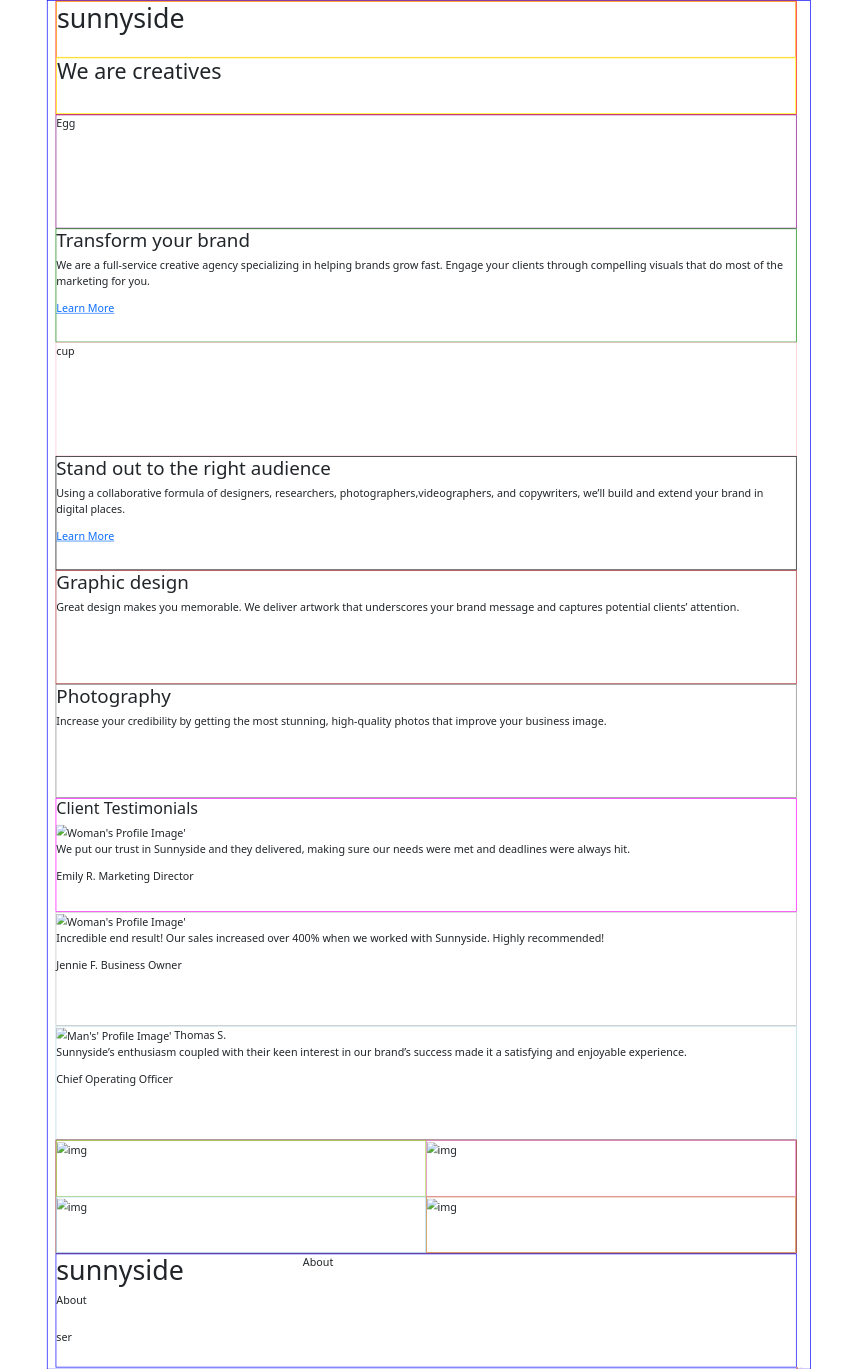
Repository: Roshanell/Sunny-Side-Agency
Page: index.html
The author's editor kept a copy of each file at every save. The page is drawn from the files as they stood at one save, then again after a run of saves.
The browser window is 1280 px wide. The pictures show the whole page, at 67% of full size.

Above is the page before, as saved 2022-07-01 12:42:46.

### index.html
<!doctype html>
<html lang="en">

  <head>
    <meta charset="utf-8">
    <meta name="viewport" content="width=device-width, initial-scale=1">
    <title>Sunny Side Agency</title>
    <link href="https://cdn.jsdelivr.net/npm/bootstrap@5.2.0-beta1/dist/css/bootstrap.min.css" rel="stylesheet"
      integrity="sha384-0evHe/X+R7YkIZDRvuzKMRqM+OrBnVFBL6DOitfPri4tjfHxaWutUpFmBp4vmVor" crossorigin="anonymous">
    <link href="https://fonts.googleapis.com/icon?family=Material+Icons" rel="stylesheet">
    <link rel="stylesheet" href="css/style.css">
  </head>

  <body>
    <div class="container">
      <div class="homePage">
        <div class="header">
          <h1>sunnyside</h1>
        </div>
        <div class="homeContent">
          <h2>We are creatives</h2>
        </div>
      </div>

      <div class="eggArea">
        <p>Egg</p>
      </div>

      <div class="aboutUsInfo">
        <h3>
          Transform your brand
        </h3>
        <p>We are a full-service creative agency specializing in helping brands grow fast. Engage your clients through
          compelling visuals that do most of the marketing for you. </p>
        <span><a href="#">Learn More</a></span>
      </div>

      <div class="cupImage">
        <p>cup</p>
      </div>

      <div class="standOutInfo">
        <h3>Stand out to the right audience</h3>
        <p> Using a collaborative formula of designers, researchers,
          photographers,videographers, and copywriters, we’ll build and extend your brand in digital places. </p>

        <span><a href="#">Learn More</a></span>
      </div>
      <div class="graphicDesign">
        <h3> Graphic design</h3>
        <p>
          Great design makes you memorable. We deliver artwork that underscores your brand message and captures
          potential clients’ attention.
          <!-- background img with words overlay -->
        </p>
      </div>
      <div class="orangeImage">
        <h3>Photography</h3>
        <p> Increase your credibility by getting the most stunning, high-quality photos that improve your business
          image. </p>
        <!-- background img with words overlay -->
      </div>
      <div class="testimonialOne">
        <h4>Client Testimonials</h4>
        <img src="#" alt="Woman's Profile Image'">
        <p>We put our trust in Sunnyside and they delivered, making sure our needs were met and deadlines were always
          hit.</p>
        <span>Emily R.</span>
        <span>Marketing Director</span>
      </div>
      <div class="testimonialThree">
        <img src="#" alt="Man's' Profile Image'">
        <span>Thomas S.</span>
        <p>Sunnyside’s enthusiasm coupled with their keen interest in our brand’s success made it a satisfying and
          enjoyable experience.</p>
        <span>Chief Operating Officer</span>
      </div>
      <div class="testimonialTwo">
        <img src="#" alt="Woman's Profile Image'">
        <p>Incredible end result! Our sales increased over 400% when we worked with Sunnyside. Highly recommended!</p>
        <span>Jennie F.</span>
        <span>Business Owner</span>
      </div>
      <div class="fourImgs">
        <div class="imgOne">
          <img src="#" alt="img">
        </div>
        <div class="imgTwo">
          <img src="#" alt="img">
        </div>
        <div class="imgThree">
          <img src="#" alt="img">
        </div>
        <div class="imgFour">
          <img src="#" alt="img">
        </div>
      </div>

      <div class="footer">
        <h1>sunnyside</h1>
        <span>About</span>
        <span>ser</span>
        <span>About</span>
      </div>
      <div class="logo">
        <div class="fbIcon"></div>
        <div class="twiterIcon"></div>
        <div class="igIcon"></div>
        <div class="pinterest"></div>
      </div>
    </div>




    <!-- Home
Profile
About
Contacts
  -->




    <script src="https://cdn.jsdelivr.net/npm/bootstrap@5.2.0-beta1/dist/js/bootstrap.bundle.min.js"
      integrity="sha384-pprn3073KE6tl6bjs2QrFaJGz5/SUsLqktiwsUTF55Jfv3qYSDhgCecCxMW52nD2" crossorigin="anonymous"
      type="text/javascript" src="js/main.js">


      </script>

  </body>

</html>

### css/style.css
/* Box Model Hack */
* {
  -moz-box-sizing: border-box;
}

/* Clear fix hack */
.clearfix:after {
  content: ".";
  display: block;
  clear: both;
  visibility: hidden;
  line-height: 0;
  height: 0;
}

.clear {
  clear: both;
}

/******************************************
/* BASE STYLES
/*******************************************/

body {
}

/******************************************
/* LAYOUT
/*******************************************/
.container {
  border: solid 1px blue;
  display: grid;
  grid-template-columns: 1fr;
  grid-template-rows: 1fr 1fr 1fr 1fr 1fr 1fr 1fr 1fr 1fr 1fr 1fr 1fr;
  gap: 0px 0px;
  grid-auto-flow: column dense;
  grid-template-areas:
    "homePage"
    "eggArea"
    "aboutUsInfo"
    "cupImage"
    "standOutInfo"
    "graphicDesign"
    "orangeImage"
    "testimonialOne"
    "testimonialTwo"
    "testimonialThree"
    "fourImgs"
    "footer";
}

.homePage {
  border: solid 1px red;
  display: grid;
  grid-template-columns: 1fr;
  grid-template-rows: 1fr 1fr;
  gap: 0px 0px;
  grid-auto-flow: row;
  grid-template-areas:
    "header"
    "homeContent";
  grid-area: homePage;
}

.header {
  border: solid 1px orange;
  grid-area: header;
}

.homeContent {
  border: solid 1px yellow;
  grid-area: homeContent;
}

.eggArea {
  border: solid 1px purple;
  grid-area: eggArea;
}

.aboutUsInfo {
  border: solid 1px green;
  grid-area: aboutUsInfo;
}

.cupImage {
  border: solid 1px pink;
  grid-area: cupImage;
}

.standOutInfo {
  border: solid 1px black;
  grid-area: standOutInfo;
}

.graphicDesign {
  border: solid 1px brown;
  grid-area: graphicDesign;
}

.orangeImage {
  border: solid 1px gray;
  grid-area: orangeImage;
}

.testimonialOne {
  border: solid 1px fuchsia;
  grid-area: testimonialOne;
}

.testimonialThree {
  border: solid 1px lightblue;
  grid-area: testimonialThree;
}

.testimonialTwo {
  border: solid 1px silver;
  grid-area: testimonialTwo;
}

.fourImgs {
  border: solid 1px maroon;
  display: grid;
  grid-template-columns: 1fr 1fr;
  grid-template-rows: 1fr 1fr;
  gap: 0px 0px;
  grid-template-areas:
    "imgOne imgThree"
    "imgTwo imgFour";
  grid-area: fourImgs;
}

.imgOne {
  border: solid 1px yellowgreen;
}
.imgTwo {
  border: solid 1px rgb(228, 122, 199);
}
.imgThree {
  border: solid 1px rgb(158, 207, 232);
}
.imgFour {
  border: solid 1px rgb(205, 122, 50);
}
.footer {
  border: solid 1px blue;
  display: grid;
  grid-auto-flow: column dense;
  grid-template-columns: 1fr 1fr 1fr;
  grid-template-rows: 1fr 1fr 1fr;
  gap: 0px 0px;
  grid-template-areas:
    ". logoName ."
    "about services projects"
    ". logo .";
  grid-area: footer;
}
.logoName {
  grid-area: logoName;
}
.about {
  grid-area: about;
}
.services {
  display: grid;
  grid-template-columns: 1fr 1fr 1fr;
  grid-template-rows: 1fr 1fr 1fr;
  gap: 0px 0px;
  grid-area: services;
}
.projects {
  grid-area: projects;
}
.logo {
  display: grid;
  grid-template-columns: 1fr 1fr 1fr 1fr;
  grid-template-rows: 1fr;
  gap: 0px 0px;
  grid-template-areas: "fbIcon igIcon twitterIcon pinterest";
  grid-area: logo;
}

.fbIcon{
    border: solid 1px silver;
    grid-area: fbIcon;
}
.igIcon{
  border: solid 1px red;
  grid-area: fbIcon;
}
.twitterIcon{
  border: solid 1px midnightblue;
  grid-area: twitterIcon;
}
.pinterest{
  border: solid 1px plum;
  grid-area: pinterest;
}


/******************************************
/* ADDITIONAL STYLES
/*******************************************/

After the next 7 saves:
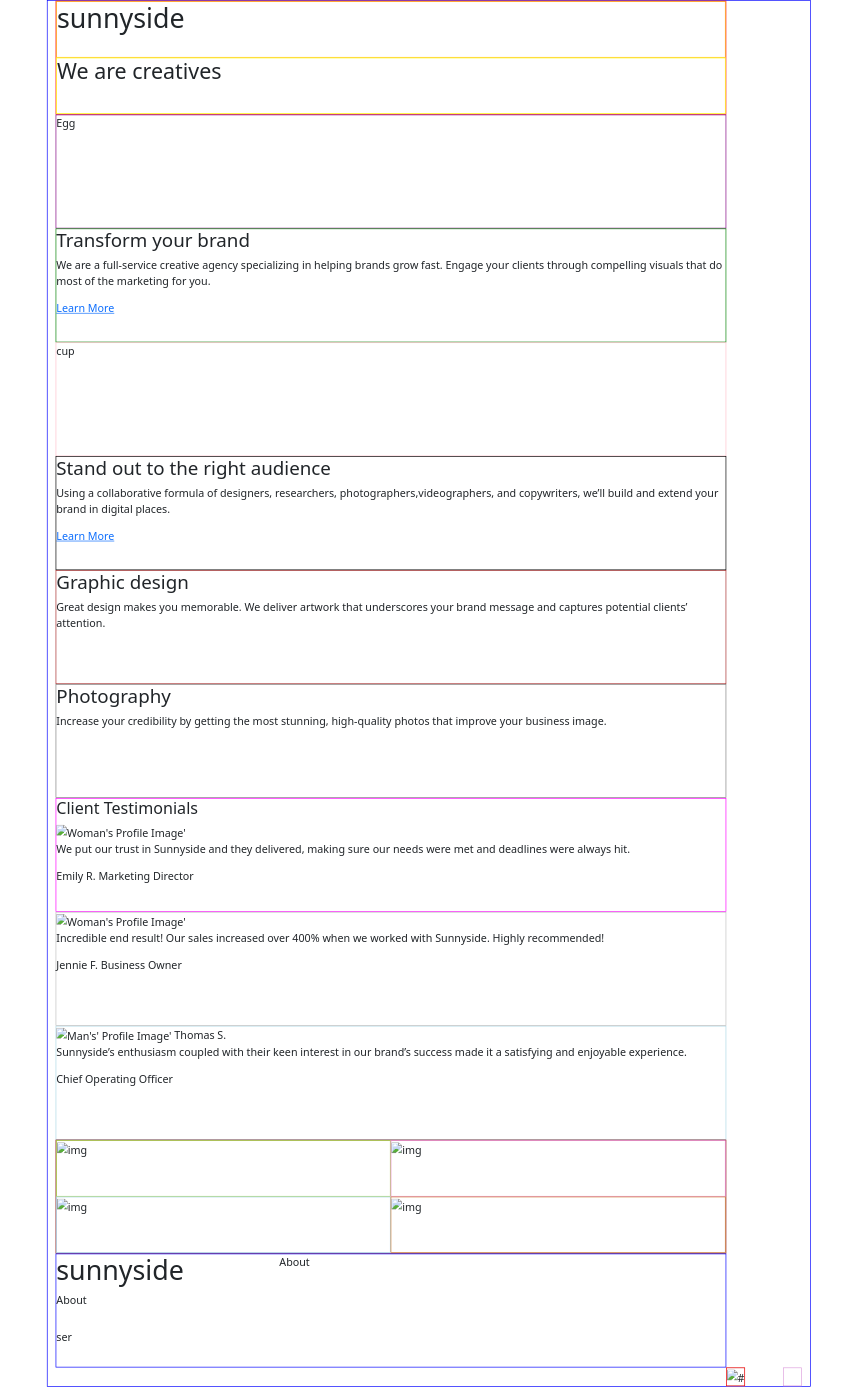
The 7 saves are shown as one change because they came seconds apart.
The last was saved 27 s later.
--- a/index.html
+++ b/index.html
@@ -103,7 +103,9 @@
         <span>About</span>
       </div>
       <div class="logo">
-        <div class="fbIcon"></div>
+        <div class="fbIcon">
+          <img src="#" alt="#">
+        </div>
         <div class="twiterIcon"></div>
         <div class="igIcon"></div>
         <div class="pinterest"></div>
